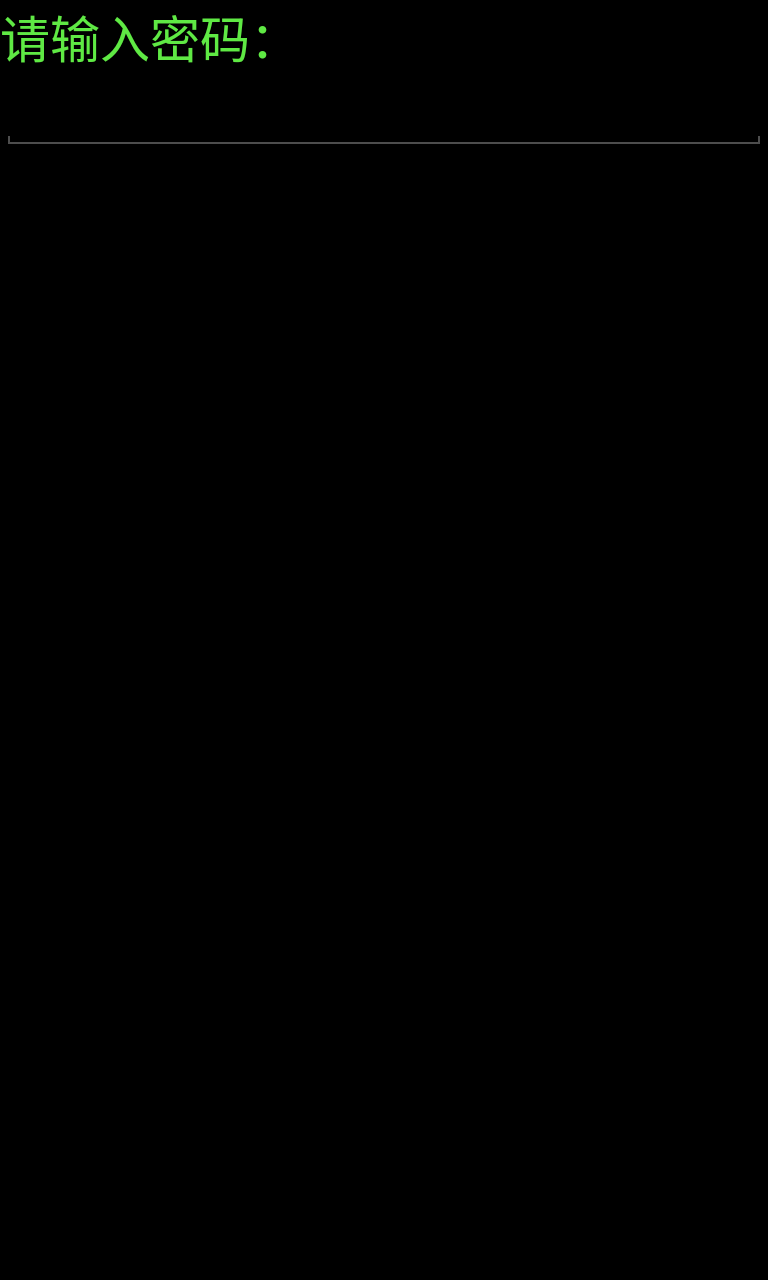
Repository: GuangmingChan/DevelopAndroidApp
Layout: demoButton2/res/layout/main.xml
These files come from the project's save history. The layout is drawn as it stood at one moment and after a run of saves; the edit follows.
It is drawn on a 768 x 1280 px phone screen (xhdpi) without system bars, with theme android:Theme.Holo; the app's code is not run.

Above is the layout before, as saved 2017-03-10 01:26:50.

After the next 2 saves:
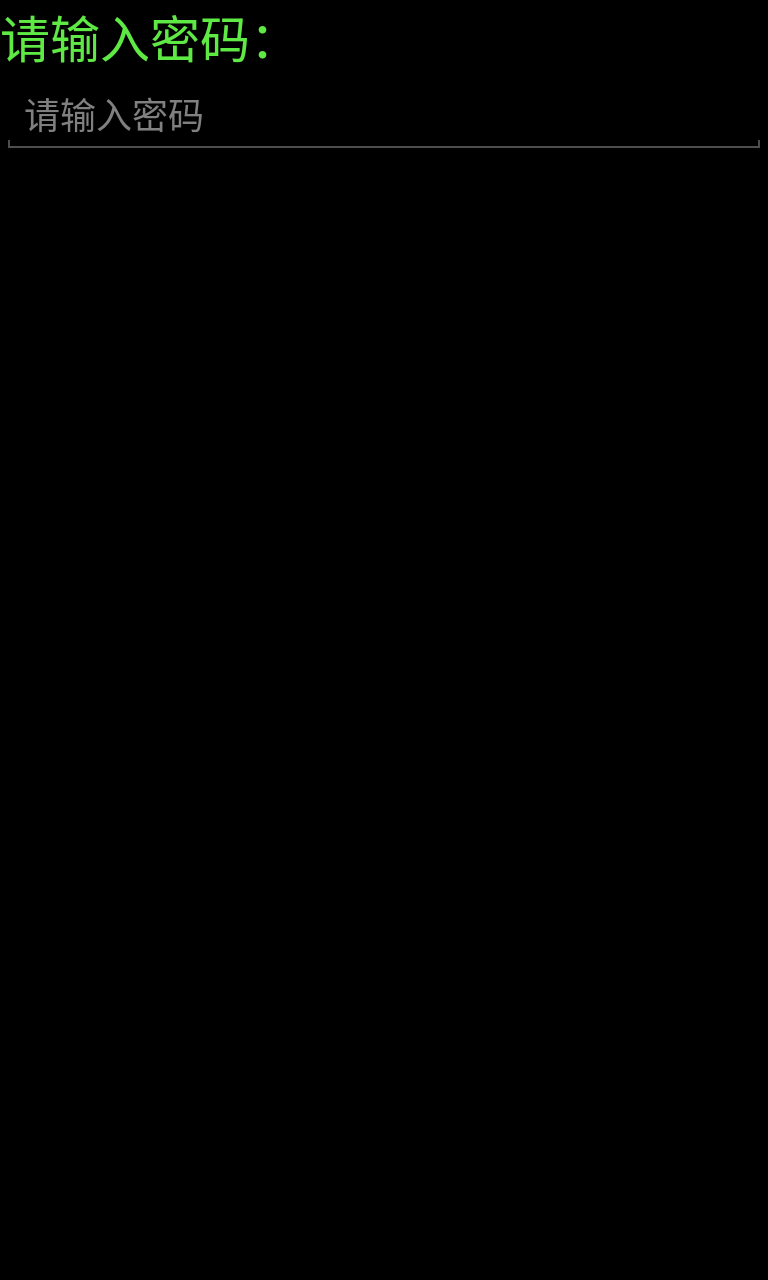
The 2 saves are shown as one change because 1 did not build or start.
The last was saved 100 s later.
--- a/demoButton2/res/layout/main.xml
+++ b/demoButton2/res/layout/main.xml
@@ -15,7 +15,10 @@
     <EditText
         android:id="@+id/editText1"
         android:layout_width="match_parent"
-        android:layout_height="wrap_content" >
+        android:layout_height="wrap_content"
+        android:hint="请输入密码"
+        android:inputType="textPasswor"
+        >
     </EditText>
 
 </LinearLayout>
